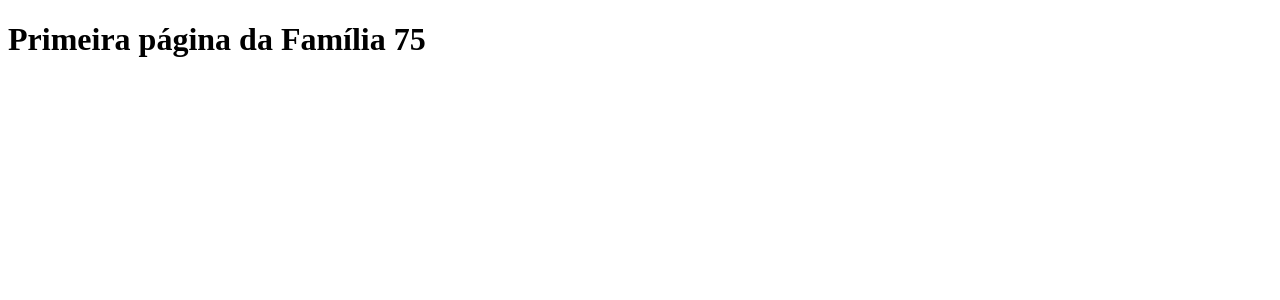
Repository: Thichi99/BootcampGen75
Page: Familia75/index.html
The author's editor kept a copy of each file at every save. The page is drawn from the files as they stood at one save, then again after the next save.
The browser window is 1280 px wide. The pictures show the whole page.

Above is the page before, as saved 2024-07-26 10:44:46.

After the next save:
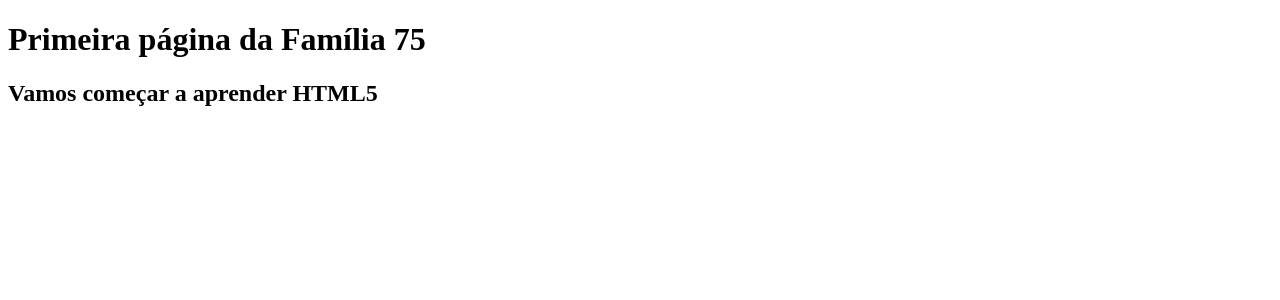
Saved 9 s later.
--- a/Familia75/index.html
+++ b/Familia75/index.html
@@ -10,6 +10,6 @@
 </head>
 <body>
    <h1>Primeira página da Família 75</h1>
-   <h2></h2>
+   <h2>Vamos começar a aprender HTML5</h2>
 </body>
 </html>
